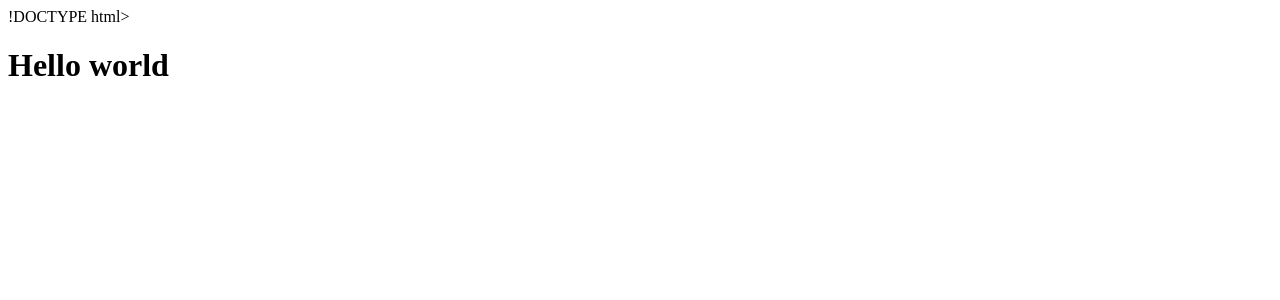
Repository: SOTASHE/mean-stack-taskListApp
Page: views/index.html
These files come from the project's save history. The page is drawn as it stood at one moment and after the next save; the edit follows.
The browser window is 1280 px wide. The pictures show the whole page.

Above is the page before, as saved 2022-02-09 01:15:05.

After the next save:
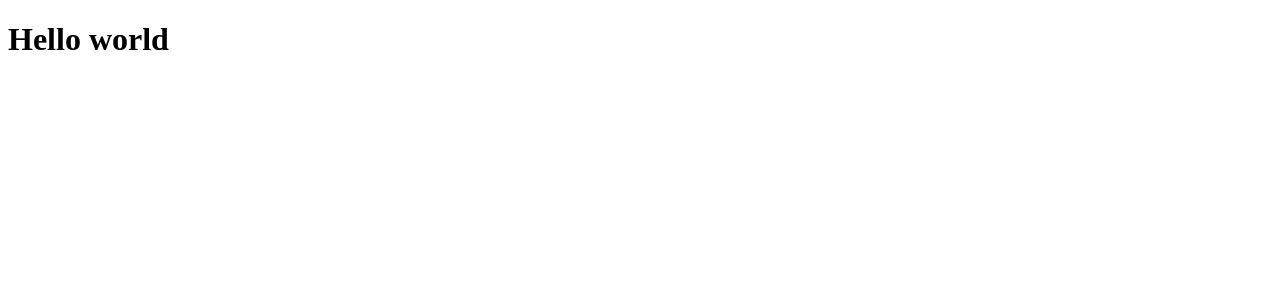
Saved 2 min 44 s later.
--- a/views/index.html
+++ b/views/index.html
@@ -1,4 +1,4 @@
-  !DOCTYPE html>
+ <!DOCTYPE html>
   <html>
 
  <head>
